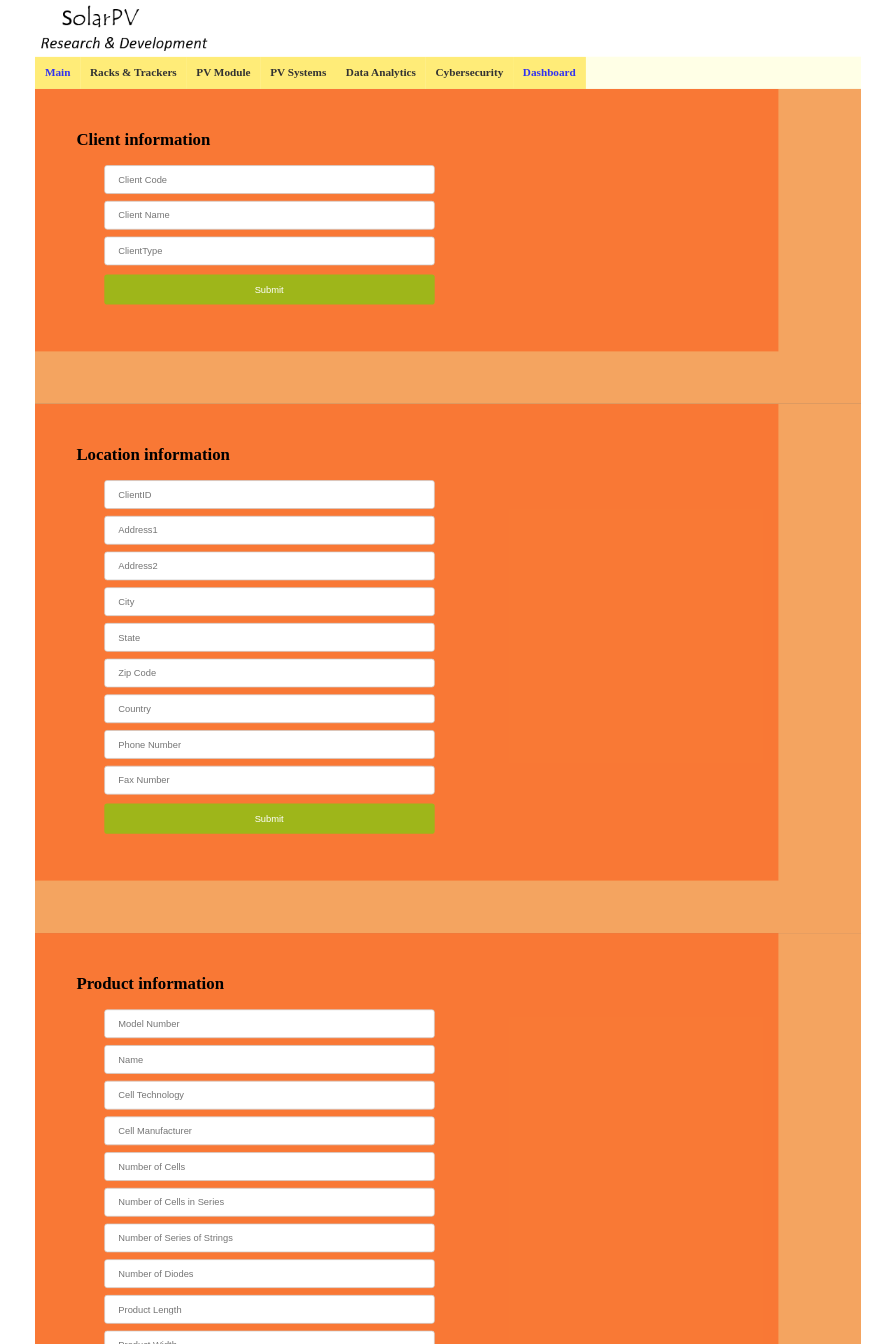
Repository: Kdewitt2/solarPV_DeWitt
Page: http://localhost/dashboard/
These files come from the project's save history. The page is drawn as it stood at one moment and after the next save; the edit follows.
The browser window is 1280 px wide. The pictures show the part of the page from y = 0 to 1920 px (the page is 3856 px tall before and 3527 px after), at 70% of full size.
The page is served by the project's application, run on Django 3.2 (mysite/manage.py).

Above is the page before, as saved 2020-05-03 11:38:01.

After the next save:
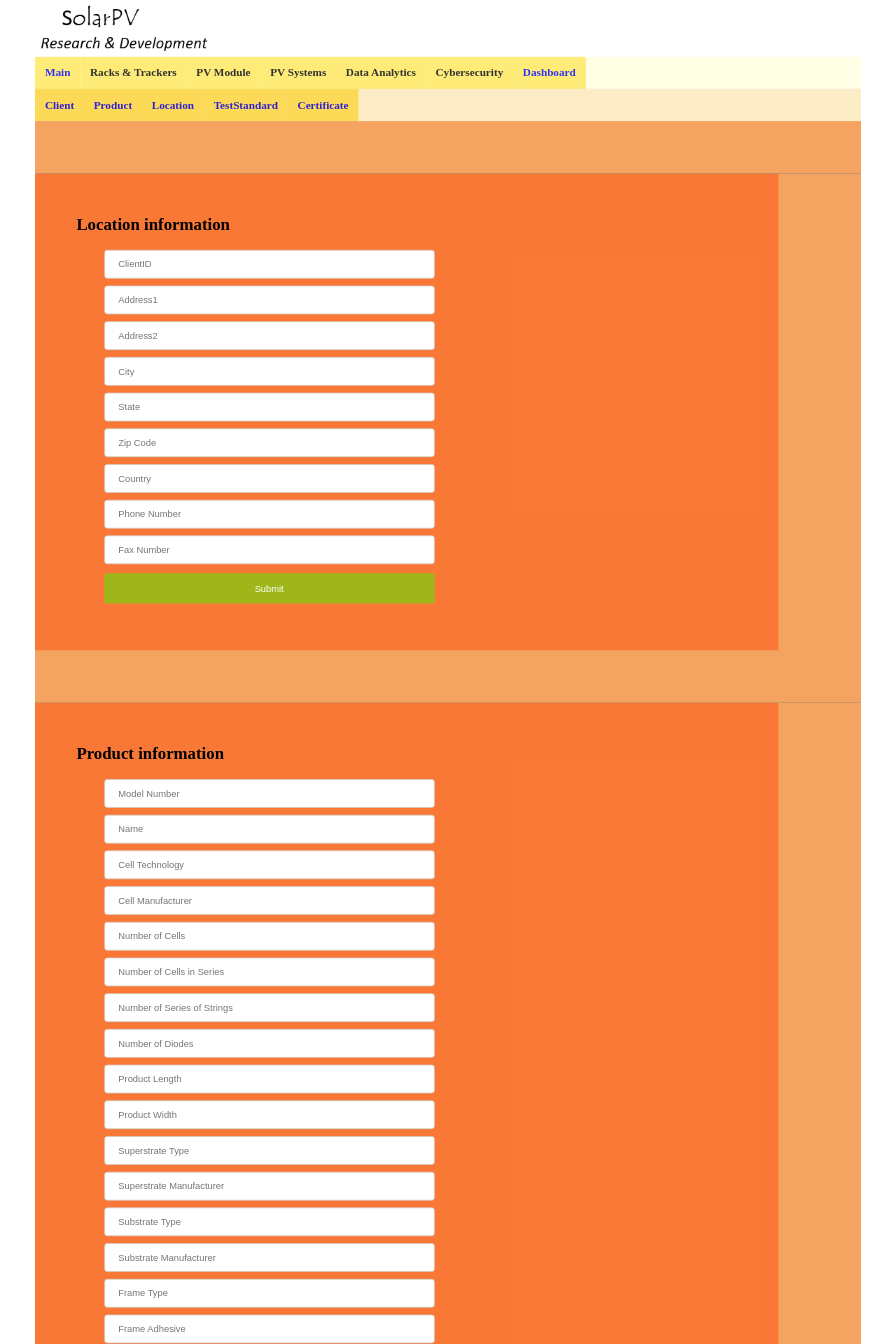
Saved 6 min 15 s later.
--- a/mysite/dashboard/templates/dashboard/index.html
+++ b/mysite/dashboard/templates/dashboard/index.html
@@ -28,22 +28,22 @@
         </nav>
     </div>
 
-<!---------------->
-<!--Client Form-->
-<!---------------->
-<!--use nav links to /ClientForm-->
+<!------------------>
+<!--Links to Forms-->
+<!------------------>
 <section>
 <body>
     <div id="container">
         <div id="main">
-            <form>
-            <h1>Client information</h1> <br>
-            <input type="text" name="clientCode" placeholder="Client Code" required><br>
-            <input type="text" name="clientName" placeholder="Client Name" required><br>
-            <input type="text" name="clientType" placeholder= "ClientType"><br>
-            <input type="submit" value="Submit">
-        </form>
-
+        <nav>
+            <ul>
+                <li><a href = "/ClientForm">Client</a></li>
+                <li><a href = "/ProductForm">Product</a></li>
+                <li><a href = "/LocationForm">Location</a></li>
+                <li><a href = "/TestStandard">TestStandard</a></li>
+                <li><a href = "/Certificate">Certificate</a></li>
+            </ul>
+        </nav>
         </div>
     </div>
 </body>
